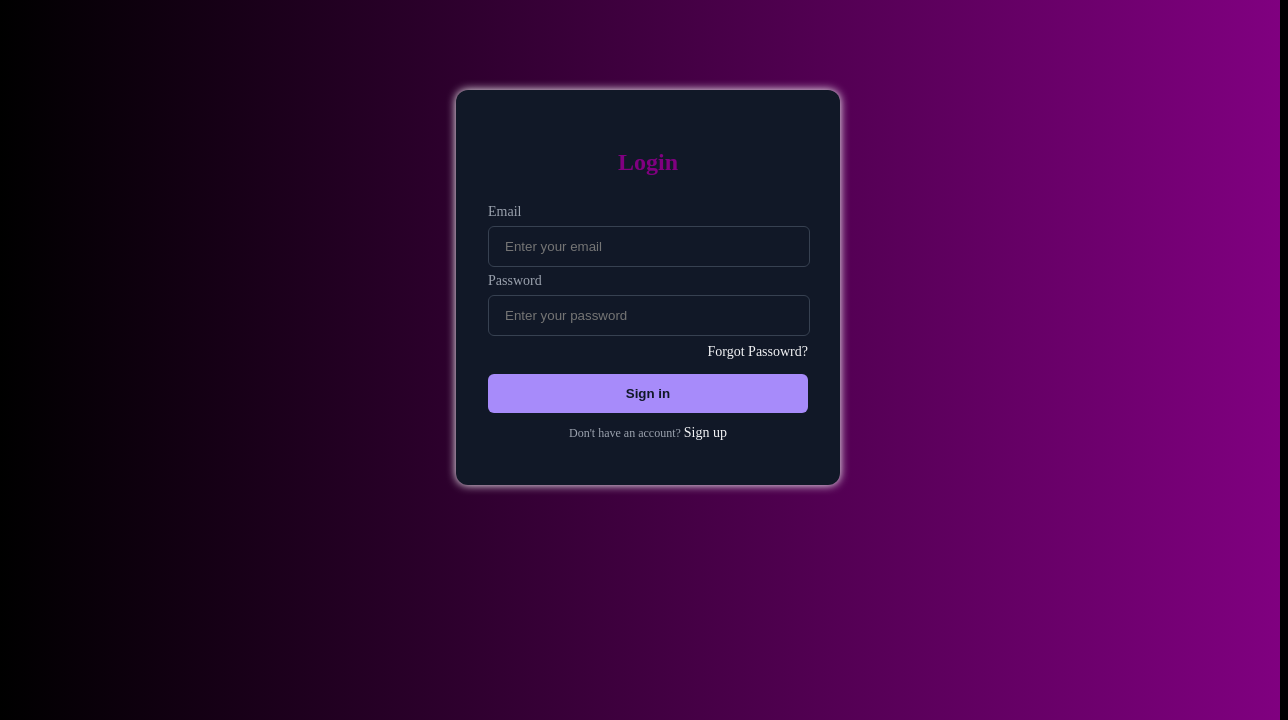
Repository: PeruriNaresh/Bank_Project
Page: http://localhost/bank_project/
These files come from the project's save history. The page is drawn as it stood at one moment and after the next save; the edit follows.
The browser window is 1280 px wide. The page is 1288 px wide, so the pictures cover 1288 px, including what lies to the right of the window. The pictures show the whole page.
The page is served by Tomcat 9. Other server files are loaded and not shown.

Above is the page before, as saved 2024-10-25 03:07:53.

### bank_project/src/main/webapp/index.jsp
<%@ page language="java" contentType="text/html; charset=UTF-8"
    pageEncoding="UTF-8"%>
<!DOCTYPE html>
<head>
    <meta charset="UTF-8">
    <meta name="viewport" content="width=device-width, initial-scale=1.0">
    <Style>
        body
        {
            width: 100%;
            height: 100%;
            overflow: hidden;
            background: linear-gradient(to right, black, purple );
        }
        .form-container {
        width: 25vw;
        border-radius: 0.75rem;
        background-color: rgba(17, 24, 39, 1);
        padding: 2rem;
        color: rgba(243, 244, 246, 1);
        margin: 7% 35%;
        box-shadow: 0px 0px 10px white;
        }

        .title {
        text-align: center;
        color:purple;
        font-size: 1.5rem;
        line-height: 2rem;
        font-weight: 700;
        }

        .form {
        margin-top: 1.5rem;
        }

        .input-group {
        margin-top: 0.25rem;
        font-size: 0.875rem;
        line-height: 1.25rem;
        }

        .input-group label {
        display: block;
        color: rgba(156, 163, 175, 1);
        margin-bottom: 4px;
        }

        .input-group input {
        width: 90%;
        border-radius: 0.375rem;
        border: 1px solid rgba(55, 65, 81, 1);
        outline: 0;
        background-color: rgba(17, 24, 39, 1);
        padding: 0.75rem 1rem;
        color: rgba(243, 244, 246, 1);
        }

        .input-group input:focus {
        border-color: rgba(167, 139, 250);
        }

        .forgot {
        display: flex;
        justify-content: flex-end;
        font-size: 0.75rem;
        line-height: 1rem;
        color: rgba(156, 163, 175,1);
        margin: 8px 0 14px 0;
        }

        .forgot a,.signup a {
        color: rgba(243, 244, 246, 1);
        text-decoration: none;
        font-size: 14px;
        }

        .forgot a:hover, .signup a:hover {
        text-decoration: underline rgba(167, 139, 250, 1);
        }

        .sign {
        display: block;
        width: 100%;
        background-color: rgba(167, 139, 250, 1);
        padding: 0.75rem;
        text-align: center;
        color: rgba(17, 24, 39, 1);
        border: none;
        border-radius: 0.375rem;
        font-weight: 600;
        }

        .social-message {
        display: flex;
        align-items: center;
        padding-top: 1rem;
        }

        .line {
        height: 1px;
        flex: 1 1 0%;
        background-color: rgba(55, 65, 81, 1);
        }

        .social-message .message {
        padding-left: 0.75rem;
        padding-right: 0.75rem;
        font-size: 0.875rem;
        line-height: 1.25rem;
        color: rgba(156, 163, 175, 1);
        }

        .social-icons {
        display: flex;
        justify-content: center;
        }

        .social-icons .icon {
        border-radius: 0.125rem;
        padding: 0.75rem;
        border: none;
        background-color: transparent;
        margin-left: 8px;
        }

        .social-icons .icon svg {
        height: 1.25rem;
        width: 1.25rem;
        fill: #fff;
        }

        .signup {
        text-align: center;
        font-size: 0.75rem;
        line-height: 1rem;
        color: rgba(156, 163, 175, 1);
        }

    </Style>
    <title>Login</title>
</head>
<body>
    <div class="form-container">
        <p class="title">Login</p>
        <form class="form" action="signin" method="post">
            <div class="input-group">
                <label for="username">Email</label>
                <input type="text" name="email" id="username" placeholder="Enter your email" required>
            </div>
            <div class="input-group">
                <label for="password">Password</label>
                <input type="password" name="password" id="password" placeholder="Enter your password" required>
                <div class="forgot">
                    <a rel="noopener noreferrer" class="link" href="forgotpassword.jsp">Forgot Passowrd?</a>
                </div>
            </div>

            <% String msg=(String)request.getAttribute("msg");
                if(msg!=null)
                {
                	out.println("<p>"+msg+"</p>");
                }%>
            <button class="sign">Sign in</button>
        </form>
        <p class="signup">Don't have an account?
            <a rel="noopener noreferrer" href="register.jsp" class="link">Sign up</a>
        </p>
    </div>
</body>
</html>

After the next save:
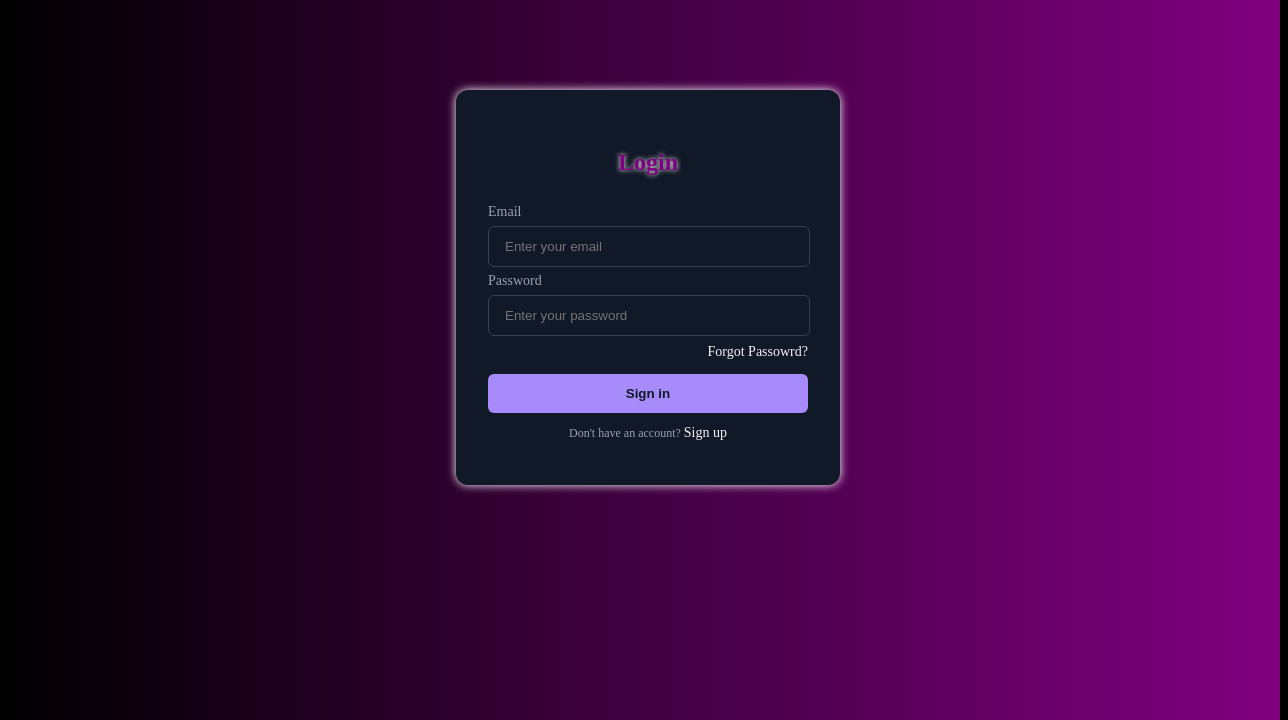
Saved 23 s later.
--- a/bank_project/src/main/webapp/index.jsp
+++ b/bank_project/src/main/webapp/index.jsp
@@ -28,6 +28,7 @@
         font-size: 1.5rem;
         line-height: 2rem;
         font-weight: 700;
+        text-shadow:0px 0px 5px white;
         }
 
         .form {
